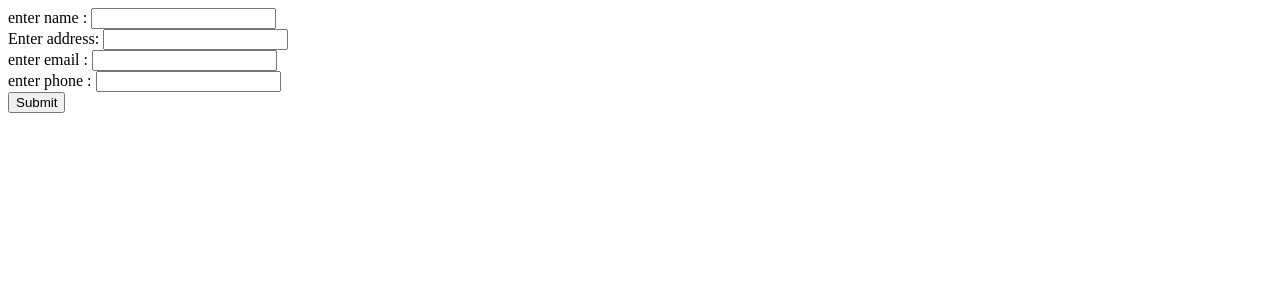
Repository: KrishnaveniMaram/projectonspringhibernate
Page: http://localhost/cust_appHackathon/AddCustomer.jsp
The author's editor kept a copy of each file at every save. The page is drawn from the files as they stood at one save, then again after the next save.
The browser window is 1280 px wide. The pictures show the whole page.
The page is served by Tomcat 9. Nobody is signed in. The application's start-up code is not run.

Above is the page before, as saved 2019-10-01 03:01:36.

After the next save:
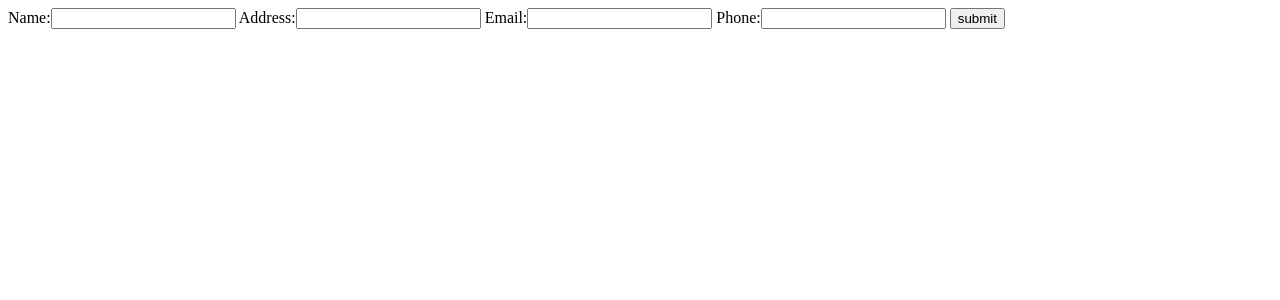
Saved 67 s later.
--- a/cust_appHackathon/WebContent/AddCustomer.jsp
+++ b/cust_appHackathon/WebContent/AddCustomer.jsp
@@ -7,12 +7,12 @@
 <title>Insert title here</title>
 </head>
 <body>
-<form action="addcustomer" method ="post">
-
-enter name :    <input type="text" name="name"><br>
-Enter address:  <input type="text" name="address"><br>
- enter email :   <input type="text" name="email"><br>
- enter phone :   <input type="text" name="phone"><br>
-<input type="submit">
+<form action="addcustomer" method="post">
+Name:<input type="text" name="name"/>
+Address:<input type="text" name="address"/>
+Email:<input type="text" name="email"/>
+Phone:<input type="text" name="phone">
+<input type="submit" value="submit">
+</form>
 </body>
 </html>
